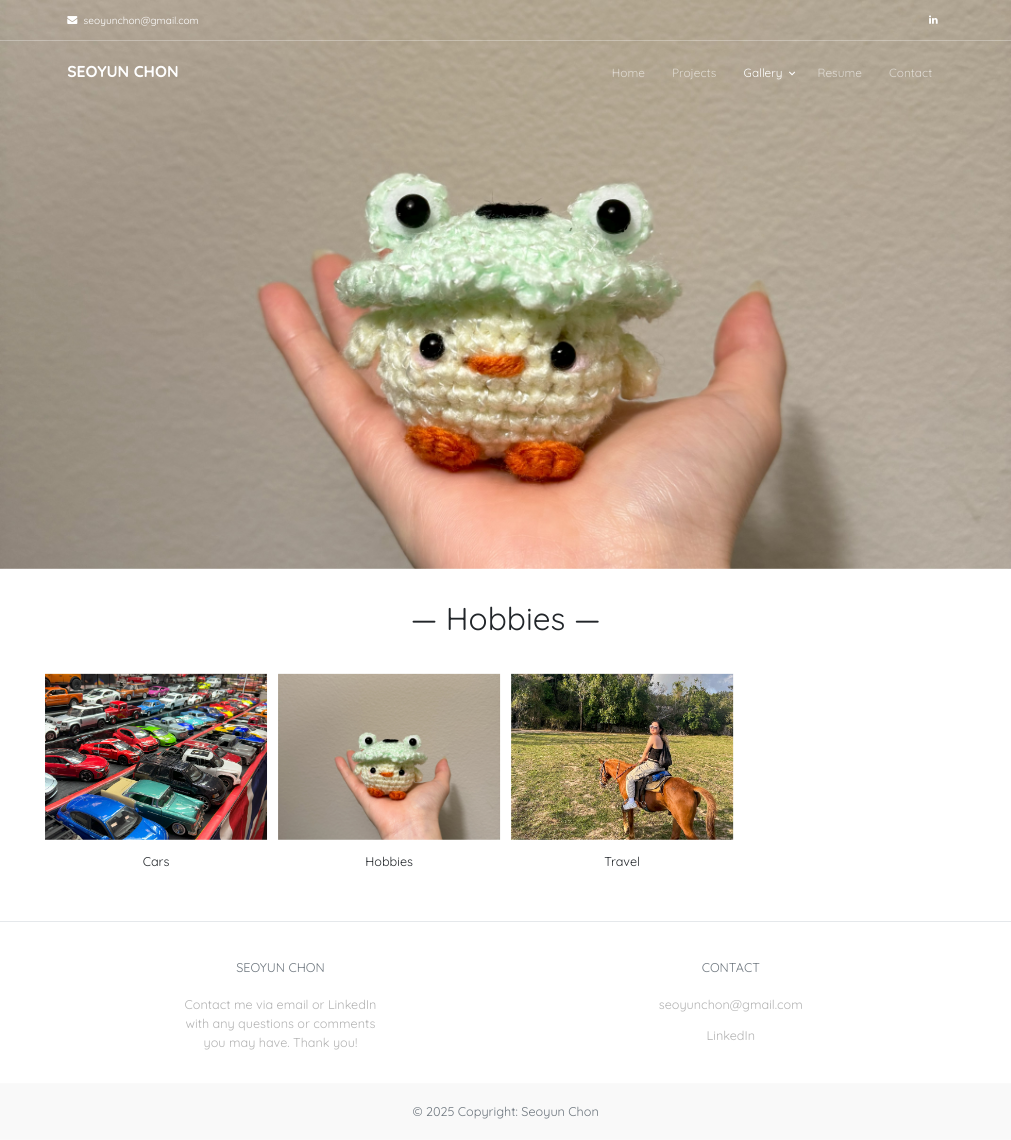
Repository: schon02/seoyun-chon-portfolio
Page: gallery_hobbies_page.html
An editor plug-in stored every save of this project. The page is shown before and after the next save, followed by the edit.
The browser window is 1280 px wide. The pictures show the whole page, at 79% of full size.

Above is the page before, as saved 2025-02-27 06:49:19.

After the next save:
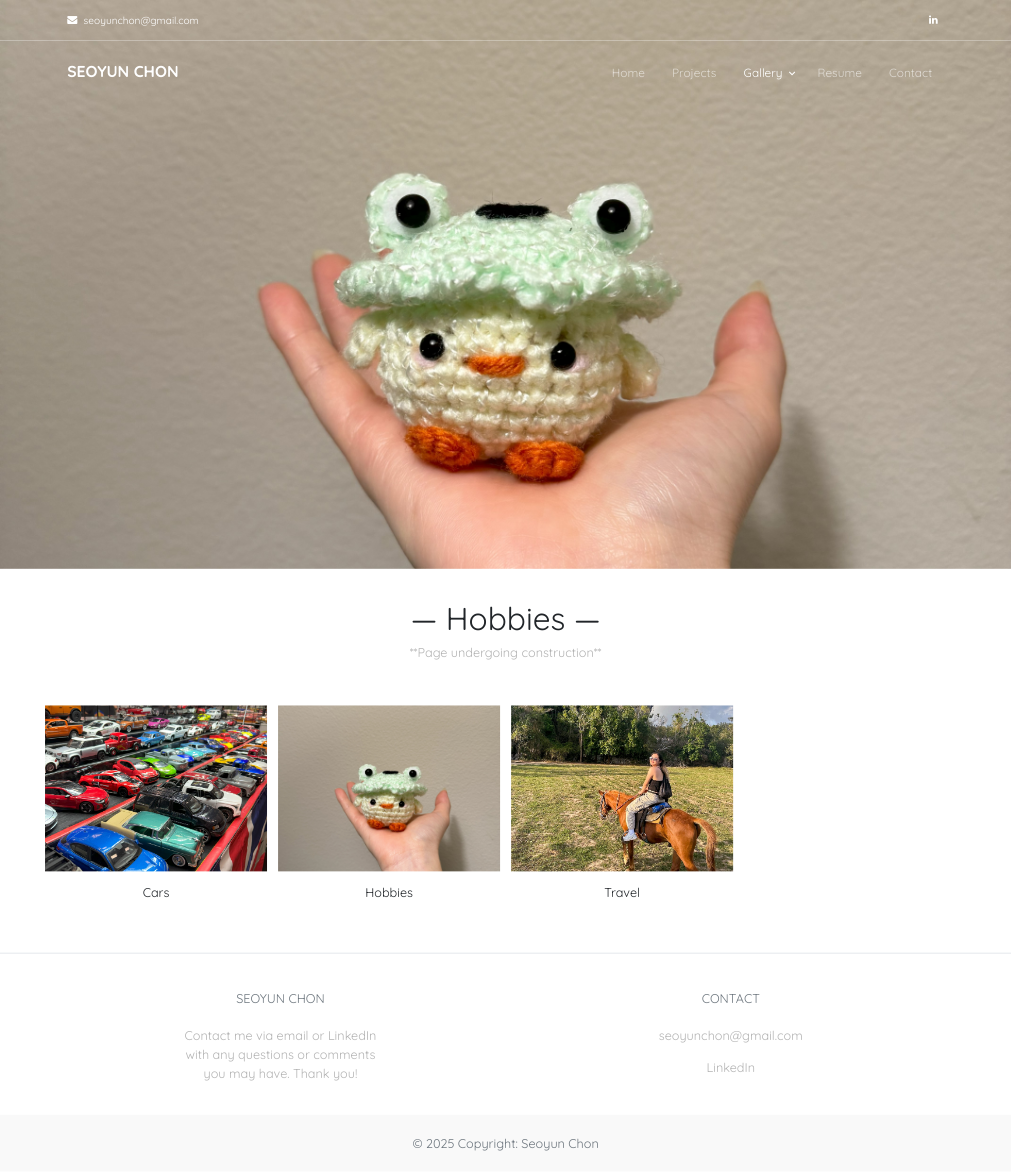
Saved 28 s later.
--- a/gallery_hobbies_page.html
+++ b/gallery_hobbies_page.html
@@ -121,6 +121,7 @@
 
         <div class="text-center" style="padding-top: 1cm;">
           <h1>— Hobbies —</h1>
+          <p>**Page undergoing construction**</p>
         </div>
 
 <!-- -------------first row for products gallery----------------- -->
